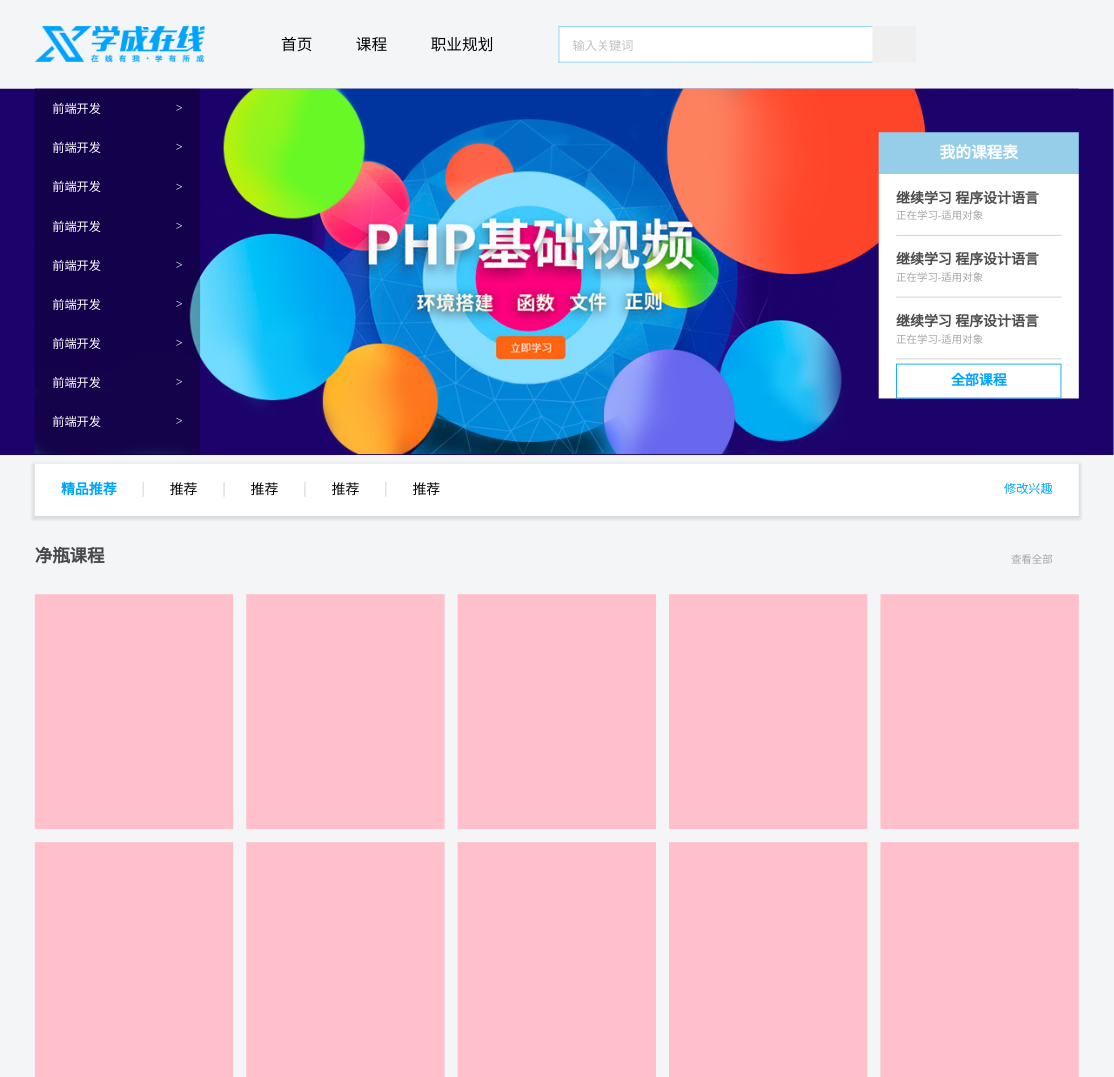
Repository: R1Deemo/Web-Project
Page: index..html
The author's editor kept a copy of each file at every save. The page is drawn from the files as they stood at one save, then again after the next save.
The browser window is 1280 px wide. The pictures show the whole page, at 87% of full size.

Above is the page before, as saved 2022-03-09 19:23:55.

After the next save:
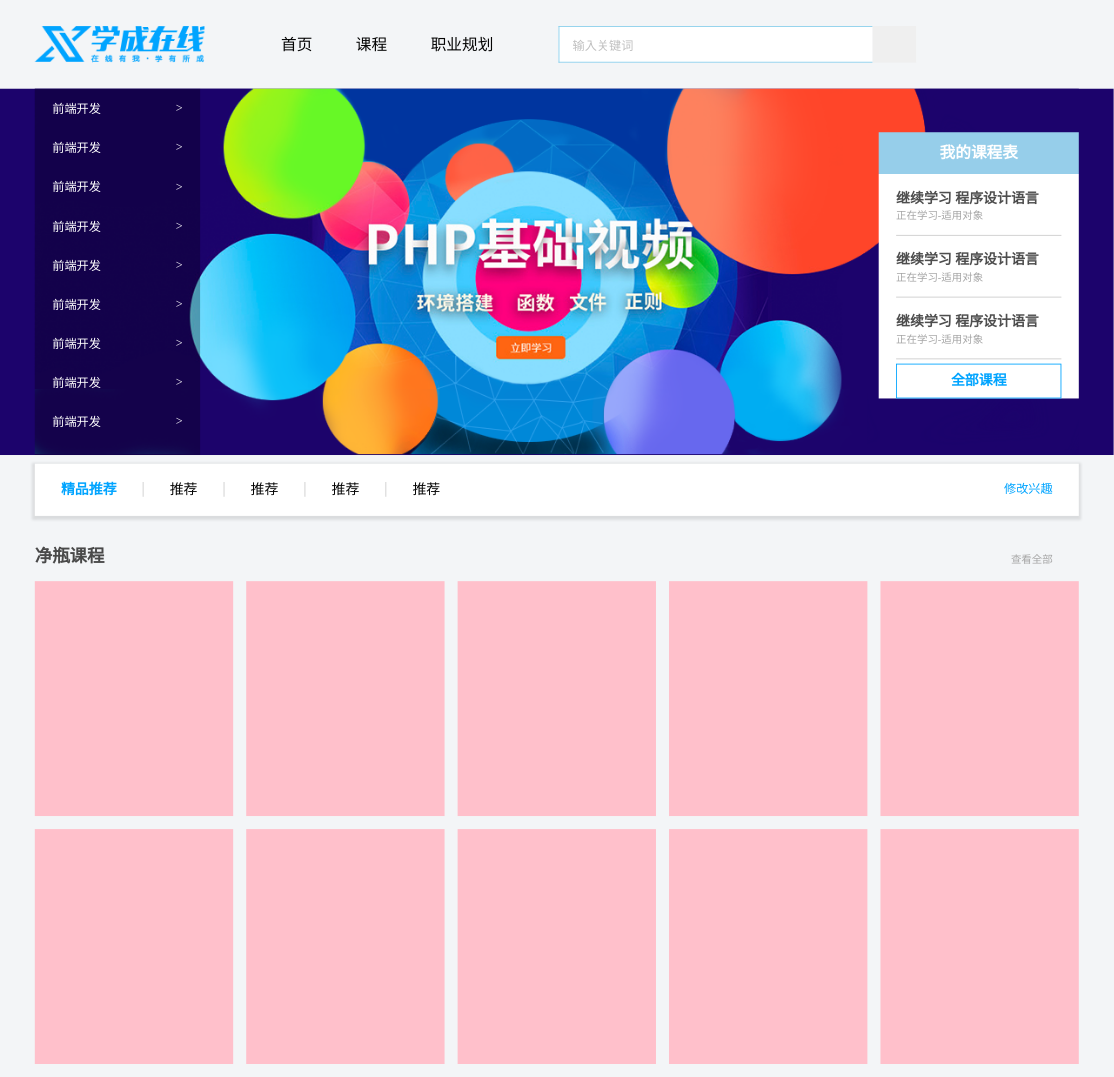
Saved 15 s later.
--- a/style.css
+++ b/style.css
@@ -236,5 +236,5 @@
     height: 270px;
     background-color: pink;
     margin-right: 15px;
-    margin-top: 15px;
-}
+    margin-bottom: 15px;
+}
